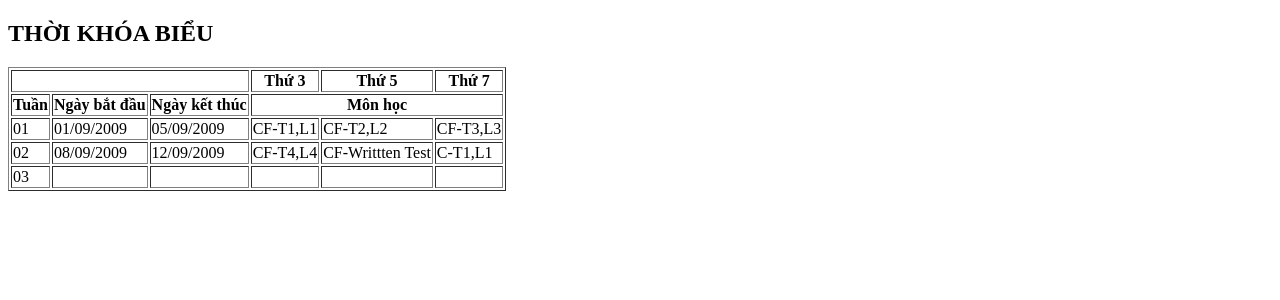
Repository: Lehuyhuynh/BT1-HTML
Page: index.html
The author's editor kept a copy of each file at every save. The page is drawn from the files as they stood at one save, then again after the next save.
The browser window is 1280 px wide. The pictures show the whole page.

Above is the page before, as saved 2023-08-06 21:24:01.

### index.html
<!DOCTYPE html>
<html lang="en">
<head>
  <meta charset="UTF-8">
  <meta name="viewport" content="width=device-width, initial-scale=1.0">
  <title>THỜI KHÓA BIỂU</title>
</head>
<body>

  <div>

  </div>
  <div>
    <h2> THỜI KHÓA BIỂU</h2>


  </div>

  <div>
    <table border="1">
      <thead>

        <tr>
          <th colspan="3"></th>
          <th>Thứ 3</th>
          <th>Thứ 5</th>
          <th>Thứ 7</th>
        </tr>

        <tr>
          <th>Tuần</th>
          <th>Ngày bắt đầu</th>
          <th>Ngày kết thúc</th>
          <th colspan="3">Môn học</th>
        </tr>

      </thead>

      <tr>
        <td>01</td>
        <td>01/09/2009</td>
        <td>05/09/2009</td>
        <td>CF-T1,L1</td>
        <td>CF-T2,L2</td>
        <td>CF-T3,L3</td>
      </tr>

      <tr>
        <td>02</td>
        <td>08/09/2009</td>
        <td>12/09/2009</td>
        <td>CF-T4,L4</td>
        <td>CF-Writtten Test</td>
        <td>C-T1,L1</td>
      </tr>

      <tr>
        <td>03</td>
        <td></td>
        <td></td>
        <td></td>
        <td></td>
        <td></td>
      </tr>

    </table>
  </div>

</body>
</html>

After the next save:
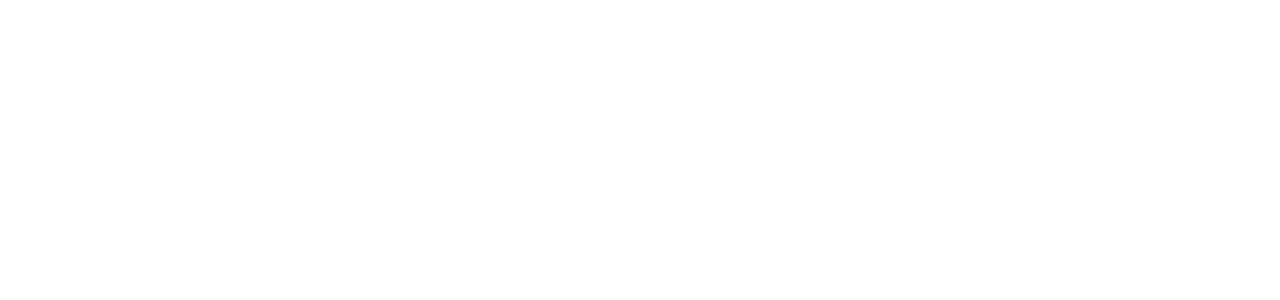
Saved 12 s later.
--- a/index.html
+++ b/index.html
@@ -10,61 +10,6 @@
   <div>
 
   </div>
-  <div>
-    <h2> THỜI KHÓA BIỂU</h2>
-
-
-  </div>
-
-  <div>
-    <table border="1">
-      <thead>
-
-        <tr>
-          <th colspan="3"></th>
-          <th>Thứ 3</th>
-          <th>Thứ 5</th>
-          <th>Thứ 7</th>
-        </tr>
-
-        <tr>
-          <th>Tuần</th>
-          <th>Ngày bắt đầu</th>
-          <th>Ngày kết thúc</th>
-          <th colspan="3">Môn học</th>
-        </tr>
-
-      </thead>
-
-      <tr>
-        <td>01</td>
-        <td>01/09/2009</td>
-        <td>05/09/2009</td>
-        <td>CF-T1,L1</td>
-        <td>CF-T2,L2</td>
-        <td>CF-T3,L3</td>
-      </tr>
-
-      <tr>
-        <td>02</td>
-        <td>08/09/2009</td>
-        <td>12/09/2009</td>
-        <td>CF-T4,L4</td>
-        <td>CF-Writtten Test</td>
-        <td>C-T1,L1</td>
-      </tr>
-
-      <tr>
-        <td>03</td>
-        <td></td>
-        <td></td>
-        <td></td>
-        <td></td>
-        <td></td>
-      </tr>
-
-    </table>
-  </div>
 
 </body>
 </html>

After the save that followed:
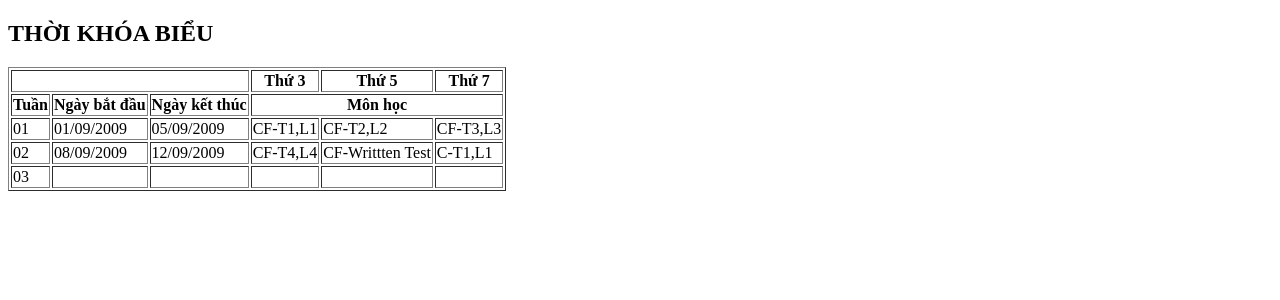
Saved 4 s later.
--- a/index.html
+++ b/index.html
@@ -9,6 +9,63 @@
 
   <div>
 
+    <div>
+      <h2> THỜI KHÓA BIỂU</h2>
+
+
+    </div>
+
+    <div>
+      <table border="1">
+        <thead>
+
+          <tr>
+            <th colspan="3"></th>
+            <th>Thứ 3</th>
+            <th>Thứ 5</th>
+            <th>Thứ 7</th>
+          </tr>
+
+          <tr>
+            <th>Tuần</th>
+            <th>Ngày bắt đầu</th>
+            <th>Ngày kết thúc</th>
+            <th colspan="3">Môn học</th>
+          </tr>
+
+        </thead>
+
+        <tr>
+          <td>01</td>
+          <td>01/09/2009</td>
+          <td>05/09/2009</td>
+          <td>CF-T1,L1</td>
+          <td>CF-T2,L2</td>
+          <td>CF-T3,L3</td>
+        </tr>
+
+        <tr>
+          <td>02</td>
+          <td>08/09/2009</td>
+          <td>12/09/2009</td>
+          <td>CF-T4,L4</td>
+          <td>CF-Writtten Test</td>
+          <td>C-T1,L1</td>
+        </tr>
+
+        <tr>
+          <td>03</td>
+          <td></td>
+          <td></td>
+          <td></td>
+          <td></td>
+          <td></td>
+        </tr>
+
+      </table>
+    </div>
+
+
   </div>
 
 </body>
